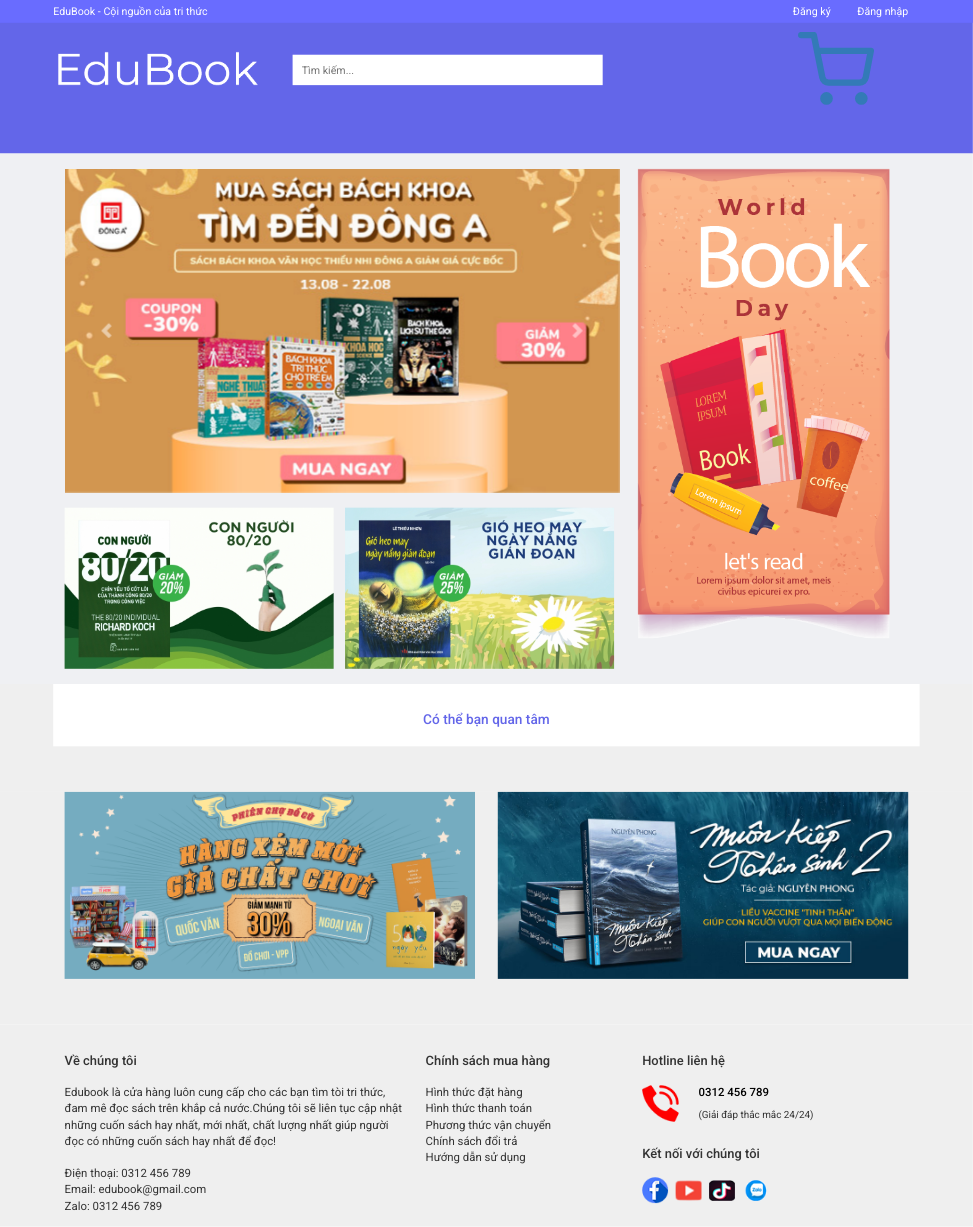
Repository: ThieuDV091002/BookShop
Page: http://localhost/index
An editor plug-in stored every save of this project. The page is shown before and after the next save, followed by the edit.
The browser window is 1280 px wide. The pictures show the whole page, at 76% of full size.
Some web fonts or font styles are not loaded; a fallback is used. The page is this project's Thymeleaf template; nobody is signed in. The template is opened directly, without the code that normally fills it, so the values that code supplies are empty.

Above is the page before, as saved 2023-07-19 07:05:17.
Console error: TypeError: Cannot read properties of null (reading 'style')

### EduBookProject/EduBookWebparent/EduBookFrontEnd/src/main/resources/templates/index.html
<!DOCTYPE html>
<html xmlns:th="www.thymeleaf.org"
	xmlns:sec="https://www.thymeleaf.org/thymeleaf-extras-springsecurity5">
<head>
<meta charset="UTF-8">
<meta name="viewport" content="width=device-width, initial-scale=1.0">
<title>Trang chủ - EduBook</title>
<script th:src="@{js/jquery-3.3.1.js}"></script>
<script th:src="@{js/bootstrap.min.js}"></script>
<script
	th:src="@{https://ajax.googleapis.com/ajax/libs/jquery/3.5.1/jquery.min.js}"></script>
<link th:href="@{/rating-star/css/star-rating.css}" media="all"
	rel="stylesheet" type="text/css" />
<script th:src="@{/rating-star/js/star-rating.js}"
	type="text/javascript"></script>
<link th:href="@{/rating-star/themes/krajee-svg/theme.css}" media="all"
	rel="stylesheet" type="text/css" />
<script th:src="@{/rating-star/themes/krajee-svg/theme.js}"></script>
<link rel="stylesheet" th:href="@{css/bootstrap.min.css}">
<link rel="stylesheet"
	th:href="@{https://maxcdn.bootstrapcdn.com/bootstrap/3.4.1/css/bootstrap.min.css}">

<link
	th:href="@{https://fonts.googleapis.com/css2?family=Roboto:ital,wght@0,300;0,400;0,500;0,700;1,300;1,400;1,500&display=swap}"
	rel="stylesheet">
<link rel="stylesheet" th:href="@{css/all.min.css}">
<link rel="stylesheet" th:href="@{/fontawesome/all.min.css}">
<link
	th:href="@{https://fonts.googleapis.com/css2?family=Paytone+One&display=swap}"
	rel="stylesheet">
<link rel="stylesheet" th:href="@{css/style.css}">
<link rel="stylesheet" th:href="@{css/home.css}">
</head>
<body>
	<div class="app">
		<header id="header">
			<div class="header__top">
				<div class="container">
					<section class="row flex">
						<div class="col-lg-5 col-md-0 col-sm-0 heade__top-left">
							<span>EduBook - Cội nguồn của tri thức</span>
						</div>

						<nav class="col-lg-7 col-md-0 col-sm-0 header__top-right">
							<ul class="header__top-list" sec:authorize="!isAuthenticated()">
								<li class="header__top-item"><a th:href="@{/register}"
									class="header__top-link">Đăng ký</a></li>
								<li class="header__top-item"><a th:href="@{/login}"
									class="header__top-link">Đăng nhập</a></li>
							</ul>
							<ul class="header__top-list" sec:authorize="isAuthenticated()">
								<li class="header__top-item"><a th:href="@{/customer-update}"
									class="header__top-link" sec:authentication="principal.hoten"></a></li>
							</ul>
						</nav>
					</section>
				</div>
			</div>


			<div class="header__bottom">
				<div class="container">
					<section class="row">
						<div class="col-lg-3 col-md-4 col-sm-12 header__logo">
							<h1 class="header__heading">
								<a href="#" class="header__logo-link"> <img
									th:src="@{image/logo1.png}" alt="Logo" class="header__logo-img">
								</a>
							</h1>
						</div>

						<div class="col-lg-6 col-md-7 col-sm-0 header__search text-center"
							style="display: flex; justify-content: center; align-items: center;">
							<form class="col-lg-12 col-md-7 col-sm-0 header__search"
								th:action="@{/search}" method="get" id="myForm">
								<input type="search" name="keyword" class="header__search-input"
									th:value="${keyword}" placeholder="Tìm kiếm...">
							</form>
						</div>

						<a href="cart.html"
							class="col-lg-1 col-md-1 col-sm-0 header__cart">
							<div class="header__cart-icon-wrap">
								<a th:href="@{/cart}"> <span class="header__notice">0</span>
									<svg xmlns="http://www.w3.org/2000/svg" width="100" height="100"
									viewBox="0 0 24 24" fill="none" stroke="currentColor" stroke-width="2"
									stroke-linecap="round" stroke-linejoin="round" class="feather feather-shopping-cart" id="IconChangeColor">
									<circle cx="9" cy="21" r="1"></circle><circle cx="20" cy="21" r="1"></circle>
									<path d="M1 1h4l2.68 13.39a2 2 0 0 0 2 1.61h9.72a2 2 0 0 0 2-1.61L23 6H6" id="mainIconPathAttribute"></path></svg>
								</a>
							</div>
						</a>
					</section>
				</div>
			</div>

			<div class="header__nav">
				<div class="container">
					<section class="row">
						<th:block sec:authorize="isAuthenticated()">
							<div class="header__nav col-lg-9 col-md-0 col-sm-0">
								<ul class="header__nav-list">
									<li class="header__nav-item"><a th:href="@{/customer-update}"
										class="header__nav-link">Thông tin tài khoản</a></li>
									<li class="header__nav-item"><a th:href="@{/order}"
										class="header__nav-link">Đơn hàng</a></li>
									<li class="header__nav-item"><a th:href="@{/address}"
										class="header__nav-link">Địa chỉ</a></li></li>
									<li class="header__nav-item"><a th:href="@{/review}"
										class="header__nav-link">Đánh giá</a></li></li>
									<li class="header__nav-item"><a th:href="@{/request}"
										class="header__nav-link">Khiếu nại</a></li>
									<li class="header__nav-item"><a id="logoutLink" href=""
										class="header__nav-link">Đăng xuất</a></li>

								</ul>
							</div>
						</th:block>
					</section>
				</div>
			</div>
		</header>

		<section class="menu-slide text-center">
			<div class="container">
				<th:block sec:authorize="isAuthenticated()">
					<form th:action="@{/logout}" method="post" th:hidden="true"
						name="LogoutForm">
						<input type="submit">
					</form>
				</th:block>
				<div class="row">
					<div class="slider col-lg-12 col-md-12 col-sm-0">
						<div class="row">
							<div class="slide__left col-lg-8 col-md-0 col-sm-0">
								<div id="carouselExampleIndicators" class="carousel slide"
									data-ride="carousel" data-interval="3000">
									<div class="carousel-inner">
										<div class="carousel-item active">
											<img th:src="@{image/363488_final1511.jpg}"
												class="d-block w-100" alt="...">
										</div>
										<div class="carousel-item">
											<img th:src="@{image/Gold_DongA_600X350.jpg}"
												class="d-block w-100" alt="...">
										</div>
										<div class="carousel-item">
											<img th:src="@{image/megabook-glod600X350.png}"
												class="d-block w-100" alt="...">
										</div>
									</div>
									<a class="carousel-control-prev"
										href="#carouselExampleIndicators" role="button"
										data-slide="prev"> <span
										class="carousel-control-prev-icon" aria-hidden="true"></span>
										<span class="sr-only">Previous</span>
									</a> <a class="carousel-control-next"
										href="#carouselExampleIndicators" role="button"
										data-slide="next"> <span
										class="carousel-control-next-icon" aria-hidden="true"></span>
										<span class="sr-only">Next</span>
									</a>
								</div>
								<div class="slide__left-bottom">
									<div class="slide__left-botom-one">
										<img th:src="@{image/363107_05.jpg}"
											class="slide__left-bottom-one-img">
									</div>
									<div class="slide__left-bottom-two">
										<img th:src="@{image/363104_06.jpg}"
											class="slide__left-bottom-tow-img">
									</div>
								</div>
							</div>

							<div class="slide__right col-lg-4 col-md-0 col-sm-0">
								<img th:src="@{image/slider-right.png}" class="slide__right-img">
							</div>
						</div>
					</div>
				</div>
			</div>
		</section>

		<section class="product__love">
			<div class="container">
				<div class="row bg-white">
					<div class="col-lg-12 col-md-12 col-sm-12 product__love-title">
						<h2 class="product__love-heading" style="text-align: center;">
							Có thể bạn quan tâm</h2>
					</div>
				</div>
				<div class="row bg-white">
					<div class="product__panel-item col-lg-2 col-md-3 col-sm-6"
						th:each="book : ${listBooks}" th:object="${book}">
						<div class="product__panel-img-wrap">
							<img th:if="${book.hinhanh == null}"
								th:src="@{/image/id467907-125.png}"
								style="width: 90%; height: 90%" class="product__panel-img">
							<img th:if="${book.hinhanh != null}"
								th:src="@{${book.bookPhotoPath}}" class="product__panel-img">
						</div>
						<h3 class="product__panel-heading">
							<a th:href="@{'/book-detail-' + ${book.IDsach}}"
								class="product__panel-link">[[${book.tensach}]]</a>
						</h3>

						<div class="product__panel-rate-wrap">
							<input type="text" class="book-detail-rating-star" dir="ltr"
								data-size="sm" th:value="${book.averageRating}">
						</div>

						<div class="product__panel-price">
							<span class="product__panel-price-current">
								[[${book.dongia}]] đ </span>
						</div>
					</div>
				</div>
			</div>
		</section>

		<section class="product__love">
			<div class="container">
				<div class="row bestselling__banner">
					<div class="bestselling__banner-left col-lg-6">
						<img th:src="@{image/920x420_phienchodocu.png}"
							alt="Banner quảng cáo" class="bestselling__banner-left-img">
					</div>
					<div class="bestselling__banner-right col-lg-6">
						<img th:src="@{image/muonkiepnhansinh_resize_920x420.jpg}"
							alt="Banner quảng cáo" class="bestselling__banner-right-img">
					</div>
				</div>
			</div>
		</section>

		<footer>
			<section class="footer__top">
				<div class="container">
					<div class="row">
						<article class="footer__top-intro col-lg-5 col-md-4 col-sm-6">
							<h4 class="footer__top-intro-heading">Về chúng tôi</h4>
							<div class="footer__top-intro-content">
								Edubook là cửa hàng luôn cung cấp cho các bạn tìm tòi tri thức,
								đam mê đọc sách trên khắp cả nước.Chúng tôi sẽ liên tục cập nhật
								những cuốn sách hay nhất, mới nhất, chất lượng nhất giúp người
								đọc có những cuốn sách hay nhất để đọc! <br> <br> Điện
								thoại: 0312 456 789 <br> Email: edubook@gmail.com <br>
								Zalo: 0312 456 789 <br>
							</div>
						</article>

						<article class="footer__top-policy col-lg-3 col-md-4 col-sm-6">
							<h4 class="footer__top-policy-heading">Chính sách mua hàng</h4>

							<ul class="footer__top-policy-list">
								<li class="footer__top-policy-item"><a href="#"
									class="footer__top-policy-link">Hình thức đặt hàng</a></li>
								<li class="footer__top-policy-item"><a href="#"
									class="footer__top-policy-link">Hình thức thanh toán</a></li>
								<li class="footer__top-policy-item"><a href="#"
									class="footer__top-policy-link">Phương thức vận chuyển</a></li>
								<li class="footer__top-policy-item"><a href="#"
									class="footer__top-policy-link">Chính sách đổi trả</a></li>
								<li class="footer__top-policy-item"><a href="#"
									class="footer__top-policy-link">Hướng dẫn sử dụng</a></li>
							</ul>
						</article>

						<article
							class="footer__top-contact-wrap col-lg-4 col-md-4 col-sm-6">
							<h4 class="footer__top-contact-heading">Hotline liên hệ</h4>

							<div class="footer__top-contact">
								<div class="footer__top-contact-icon">
									<img th:src="@{image/phone_top.png}"
										class="footer__top-contact-img">
								</div>

								<div class="footer__top-contact-phone-wrap">
									<div class="footer__top-contact-phone">0312 456 789</div>
									<div class="footer__top-contact-des">(Giải đáp thắc mắc
										24/24)</div>
								</div>
							</div>

							<h4 class="footer__top-contact-heading">Kết nối với chúng
								tôi</h4>

							<div class="footer__top-contact-social">
								<a href="#" class="footer__top-contact-social-link"> <img
									th:src="@{image/facebook.png}">
								</a> <a href="#" class="footer__top-contact-social-link"> <img
									th:src="@{image/youtube.png}">
								</a> <a href="#" class="footer__top-contact-social-link"> <img
									th:src="@{image/tiktok.png}">
								</a> <a href="#" class="footer__top-contact-social-link"> <img
									th:src="@{image/zalo.png}">
								</a>
							</div>
						</article>
					</div>
				</div>
			</section>
		</footer>
	</div>
	<script th:src="@{js/jq.js}"></script>
	<script th:src="@{js/index.js}"></script>
	<script type="text/javascript">
	    $(document).ready(function() {
	        $("#logoutLink").on("click", function(e) {
	            e.preventDefault();
	            $("form[name='LogoutForm']").submit();
	        });

	        $('#myForm input[type="search"]').keypress(function (event) {
					if (event.which === 13) {
						event.preventDefault();
						$('#myForm').submit();
					}
				});
	    });
	</script>
	<script type="text/javascript">
		$(".book-detail-rating-star").rating({
	  		displayOnly: true,
	  		hoverOnClera: false,
	  		showCaption: false,
	  		theme: 'krajee-svg'
	  	})
	</script>
</body>
</html>

### EduBookProject/EduBookWebparent/EduBookFrontEnd/src/main/resources/static/rating-star/css/star-rating.css
/*!
 * bootstrap-star-rating v4.1.3
 * http://plugins.krajee.com/star-rating
 *
 * Author: Kartik Visweswaran
 * Copyright: 2013 - 2021, Kartik Visweswaran, Krajee.com
 *
 * Licensed under the BSD 3-Clause
 * https://github.com/kartik-v/bootstrap-star-rating/blob/master/LICENSE.md
 */
.rating-loading {
    width: 25px;
    height: 25px;
    font-size: 0;
    color: #fff;
    background: transparent url('../img/loading.gif') top left no-repeat;
    border: none;
}

/*
 * Stars & Input
 */
.rating-container .rating-stars {
    position: relative;
    cursor: pointer;
    vertical-align: middle;
    display: inline-block;
    overflow: hidden;
    white-space: nowrap;
}

.rating-container .rating-stars:focus {
    outline: 1px dotted;
}

.rating-input {
    position: absolute;
    cursor: pointer;
    width: 100%;
    height: 1px;
    bottom: 0;
    left: 0;
    font-size: 1px;
    opacity: 0;
    padding: 0;
    margin: 0;
    outline: none;
    pointer-events: none;
    border: none;
    box-shadow: none;
    background: none;
}

.rating-container.is-display-only .rating-stars {
    cursor: default;
}

.rating-disabled .rating-stars {
    cursor: not-allowed;
}

.rating-container .star {
    display: inline-block;
    margin: 0 2px;
    text-align: center;
}

.rating-container .empty-stars {
    color: #aaa;
}

.rating-container .filled-stars {
    position: absolute;
    left: 0;
    top: 0;
    margin: auto;
    color: #fde16d;
    white-space: nowrap;
    overflow: hidden;
    -webkit-text-stroke: 1px #777;
    text-shadow: 1px 1px #999;
}

.rating-rtl {
    float: right;
}

.rating-animate .filled-stars {
    transition: width 0.25s ease;
}

.rating-rtl .filled-stars {
    left: auto;
    right: 0;
    transition: none;
    -webkit-transform: matrix(-1, 0, 0, 1, 0, 0);
    transform: matrix(-1, 0, 0, 1, 0, 0);
}

.rating-rtl.is-star .filled-stars {
    right: 0.06em;
}

.rating-rtl.is-heart .empty-stars {
    margin-right: 0.07em;
}

/**
 * Clear
 */
.rating-container .clear-rating {
    color: #aaa;
    cursor: not-allowed;
    display: inline-block;
    vertical-align: middle;
    font-size: 60%;
}

.clear-rating-active {
    cursor: pointer !important;
}

.clear-rating-active:hover {
    color: #843534;
}

.rating-container .clear-rating {
    padding-right: 5px;
}

/**
 * Caption
 */

/* extend support to BS4 */
.rating-container .caption .label {
    display: inline-block;
    padding: .25em .4em;
    line-height: 1;
    text-align: center;
    vertical-align: baseline;
    border-radius: .25rem;
}

.rating-container .caption {
    color: #999;
    display: inline-block;
    vertical-align: middle;
    line-height: 1;
}

.rating-container .caption {
    margin-left: 5px;
    margin-right: 0;
}

.rating-rtl .caption {
    margin-right: 5px;
    margin-left: 0;
}

/**
 * Print
 */
@media print {
    .rating-container .clear-rating {
        display: none;
    }
}

/**
 * Sizes
 */
.rating-xl {
    font-size: 48px;
}
.rating-lg {
    font-size: 40px;
}
.rating-md {
    font-size: 32px;
}
.rating-sm {
    font-size: 24px;
}
.rating-xs {
    font-size: 16px;
}

.rating-xl .caption {
    font-size: 20px;
}

.rating-lg .caption {
    font-size: 18px;
}

.rating-md .caption {
    font-size: 16px;
}

.rating-sm .caption {
    font-size: 14px;
}

.rating-xs .caption {
    font-size: 12px;
}

/**
 * Caption
 */
.caption-badge {
    font-family: Arial, Helvetica, sans-serif;
    display: inline-block;
    padding: .35em .65em;
    font-size: .75em;
    font-weight: 700;
    line-height: 1;
    color: #fff;
    text-align: center;
    white-space: nowrap;
    vertical-align: baseline;
    border-radius: .25rem;
}

.caption-secondary {
    background-color: #6c757d;
}

.caption-danger {
    background-color: #dc3545;
}

.caption-warning {
    background-color: #ffc107;
    color: #212529;
}

.caption-info {
    background-color: #0dcaf0;
    color: #212529;
}

.caption-primary {
    background-color: #0d6efd;
}

.caption-success {
    background-color: #198754;
}

### EduBookProject/EduBookWebparent/EduBookFrontEnd/src/main/resources/static/rating-star/themes/krajee-svg/theme.css
/*!
 * Krajee SVG Theme styling for bootstrap-star-rating.
 * This file must be loaded after 'star-rating.css'.
 *
 * bootstrap-star-rating v4.1.3
 * http://plugins.krajee.com/star-rating
 *
 * Author: Kartik Visweswaran
 * Copyright: 2013 - 2021, Kartik Visweswaran, Krajee.com
 *
 * Licensed under the BSD 3-Clause
 * https://github.com/kartik-v/bootstrap-star-rating/blob/master/LICENSE.md
 */
.theme-krajee-svg .krajee-icon,
.theme-krajee-svg .krajee-icon-clear {
    display: inline-block;
    width: 2rem;
    height: 2rem;
    -webkit-background-size: cover;
    -moz-background-size: cover;
    -o-background-size: cover;
    background-size: cover;
}

.theme-krajee-svg .clear-rating,
.theme-krajee-svg .rating-stars {
    font-size: 5px;
}

.theme-krajee-svg .krajee-icon-clear {
    background-image: url('data:[embedded picture, 747 characters]');
}

.theme-krajee-svg .filled-stars .krajee-icon-star {
    background-image: url('data:[embedded picture, 447 characters]');
}

.theme-krajee-svg.rating-xl .krajee-icon,
.theme-krajee-svg.rating-xl .krajee-icon-clear {
    width: 3rem;
    height: 3rem;
}

.theme-krajee-svg.rating-lg .krajee-icon,
.theme-krajee-svg.rating-lg .krajee-icon-clear {
    width: 2.5rem;
    height: 2.5rem;
}

.theme-krajee-svg.rating-md .krajee-icon,
.theme-krajee-svg.rating-md .krajee-icon-clear {
    width: 2rem;
    height: 2rem;
}

.theme-krajee-svg.rating-sm .krajee-icon,
.theme-krajee-svg.rating-sm .krajee-icon-clear {
    width: 1.5rem;
    height: 1.5rem;
}

.theme-krajee-svg.rating-xs .krajee-icon,
.theme-krajee-svg.rating-xs .krajee-icon-clear {
    width: 1rem;
    height: 1rem;
}

.theme-krajee-svg .krajee-icon-clear:hover {
    background-image: url('data:[embedded picture, 753 characters]');
}

.theme-krajee-svg .empty-stars .krajee-icon-star {
    background-image: url('data:[embedded picture, 447 characters]');
}

.theme-krajee-svg .filled-stars .krajee-icon-heart {
    background-image: url('data:[embedded picture, 621 characters]');
}

.theme-krajee-svg .empty-stars .krajee-icon-heart {
    background-image: url('data:[embedded picture, 621 characters]');
}

.theme-krajee-svg.rating-rtl.is-heart .filled-stars {
    right: 0.02em;
}

.theme-krajee-svg.rating-rtl.is-heart .empty-stars {
    margin-right: 0.01em;
}

Loaded but not shown: EduBookProject/EduBookWebparent/EduBookFrontEnd/src/main/resources/static/js/jquery-3.3.1.js (library); EduBookProject/EduBookWebparent/EduBookFrontEnd/src/main/resources/static/js/bootstrap.min.js (library); EduBookProject/EduBookWebparent/EduBookFrontEnd/src/main/resources/static/css/bootstrap.min.css (library); EduBookProject/EduBookWebparent/EduBookFrontEnd/src/main/resources/static/css/all.min.css (library); EduBookProject/EduBookWebparent/EduBookFrontEnd/src/main/resources/static/fontawesome/all.min.css (library); EduBookProject/EduBookWebparent/EduBookFrontEnd/src/main/resources/static/rating-star/js/star-rating.js (708 lines, source omitted); EduBookProject/EduBookWebparent/EduBookFrontEnd/src/main/resources/static/js/jq.js (51 lines, source omitted); EduBookProject/EduBookWebparent/EduBookFrontEnd/src/main/resources/static/rating-star/themes/krajee-svg/theme.js (30 lines, source omitted); EduBookProject/EduBookWebparent/EduBookFrontEnd/src/main/resources/static/js/index.js (26 lines, source omitted); EduBookProject/EduBookWebparent/EduBookFrontEnd/src/main/resources/static/css/home.css (832 lines, source omitted); EduBookProject/EduBookWebparent/EduBookFrontEnd/src/main/resources/static/css/style.css (462 lines, source omitted)

After the next save:
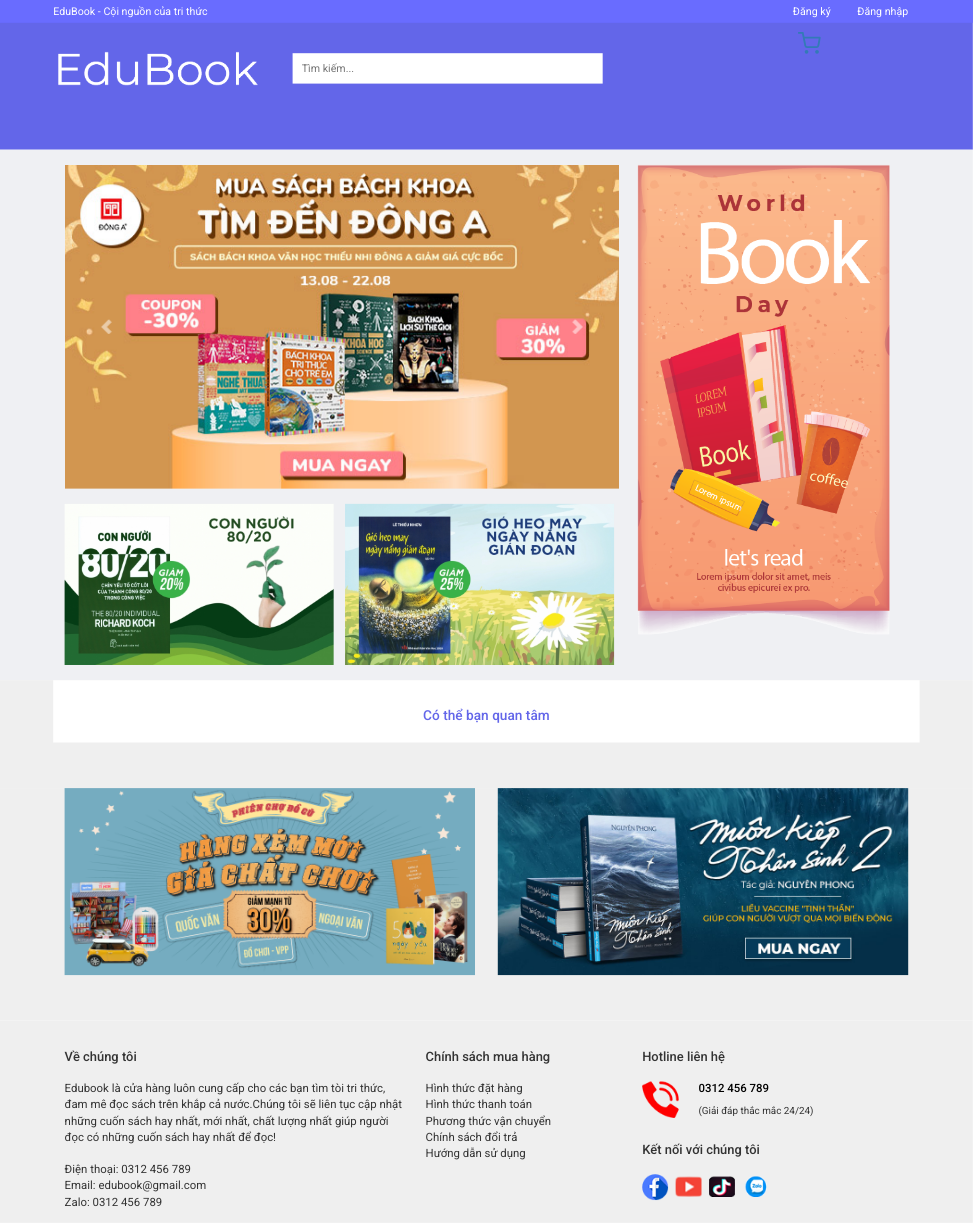
Saved 28 s later.
--- a/EduBookProject/EduBookWebparent/EduBookFrontEnd/src/main/resources/templates/index.html
+++ b/EduBookProject/EduBookWebparent/EduBookFrontEnd/src/main/resources/templates/index.html
@@ -82,7 +82,7 @@
 							class="col-lg-1 col-md-1 col-sm-0 header__cart">
 							<div class="header__cart-icon-wrap">
 								<a th:href="@{/cart}"> <span class="header__notice">0</span>
-									<svg xmlns="http://www.w3.org/2000/svg" width="100" height="100"
+									<svg xmlns="http://www.w3.org/2000/svg" width="30" height="30"
 									viewBox="0 0 24 24" fill="none" stroke="currentColor" stroke-width="2"
 									stroke-linecap="round" stroke-linejoin="round" class="feather feather-shopping-cart" id="IconChangeColor">
 									<circle cx="9" cy="21" r="1"></circle><circle cx="20" cy="21" r="1"></circle>
